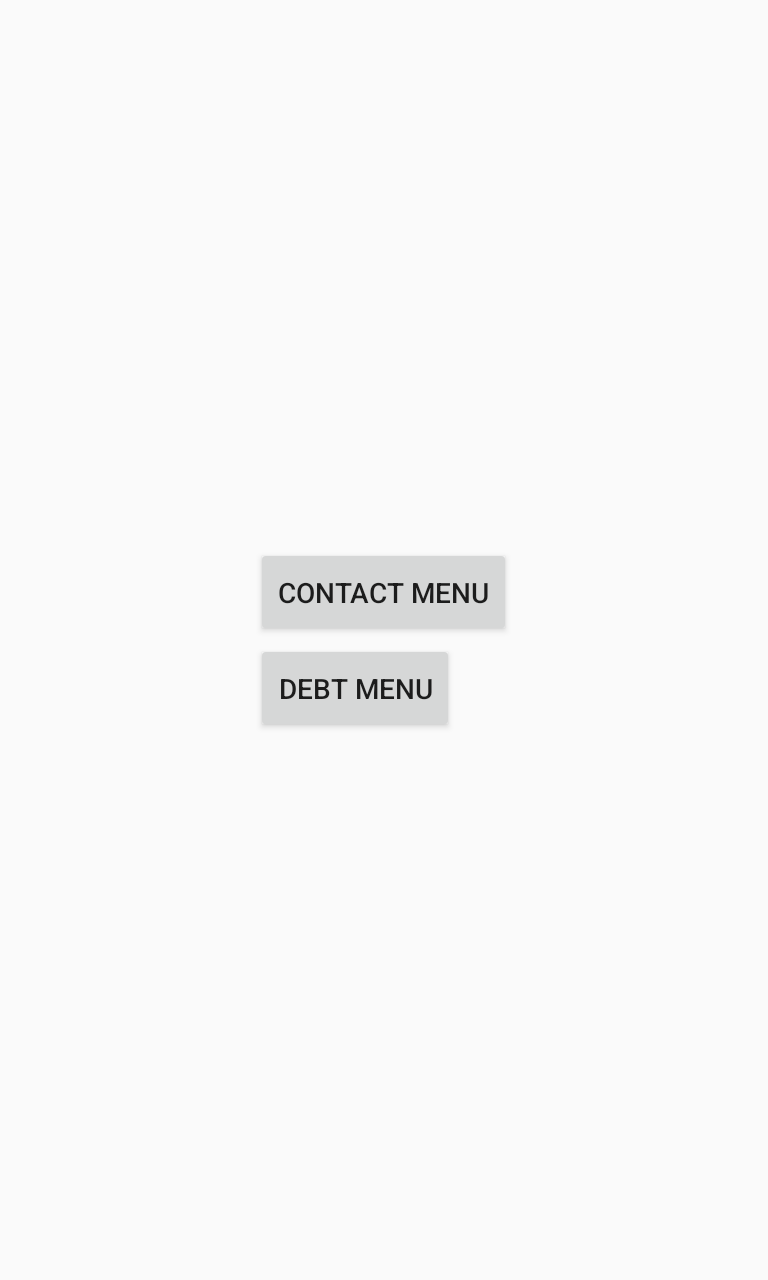
Repository: wisingd/Dajoroli
Layout: Workspace/SplitIt/res/layout/fragment_main.xml
The author's editor kept a copy of each file at every save. The layout is drawn from the files as they stood at one save, then again after the next save.
It is drawn on a 768 x 1280 px phone screen (xhdpi) without system bars, with theme AppTheme; the app's code is not run.

Above is the layout before, as saved 2014-05-07 11:11:30.

### Workspace/SplitIt/res/layout/fragment_main.xml
<?xml version="1.0" encoding="utf-8"?>
<RelativeLayout xmlns:android="http://schemas.android.com/apk/res/android"
    xmlns:tools="http://schemas.android.com/tools"
    android:layout_width="match_parent"
    android:layout_height="match_parent"
    android:paddingLeft="16dp"
    android:paddingRight="16dp" >

    <LinearLayout
        android:layout_width="wrap_content"
        android:layout_height="wrap_content"
        android:orientation="vertical"
        android:layout_centerVertical="true"
        android:layout_centerHorizontal="true">



        <Button
            android:layout_width="wrap_content"
            android:layout_height="wrap_content"
            android:onClick="startContactMenu"
            android:text="@string/startContactMenu" />


        <Button
            android:layout_width="wrap_content"
            android:layout_height="wrap_content"
            android:onClick="startDebtMenu"
            android:text="@string/startDebtMenu" />
    </LinearLayout>

</RelativeLayout>

### Workspace/SplitIt/res/values/strings.xml
<?xml version="1.0" encoding="utf-8"?>
<resources>

    <string name="app_name">Split It</string>
    <string name="action_settings">Settings</string>
    <string name="edit_message">Contact name</string>
    <string name="button_send">Create contact!</string>
    <string name="title_activity_display_message">New Activity</string>
    <string name="information_text">Amount to the left, contact to the right</string>
    <string name="view_contacts">View contacts</string>
    <string name="amount">Amount</string>
    <string name="contact">Name</string>
    <string name="they_owe_me">They owe me</string>
    <string name="i_owe_them">I owe them</string>
    <string name="startDebtMenu">Debt menu</string>
    <string name="startContactMenu">Contact menu</string>



</resources>

Loaded but not shown: Workspace/SplitIt/res/values/styles.xml (common file); Workspace/SplitIt/res/values-v11/styles.xml (common file); Workspace/SplitIt/res/values-v14/styles.xml (common file)

After the next save:
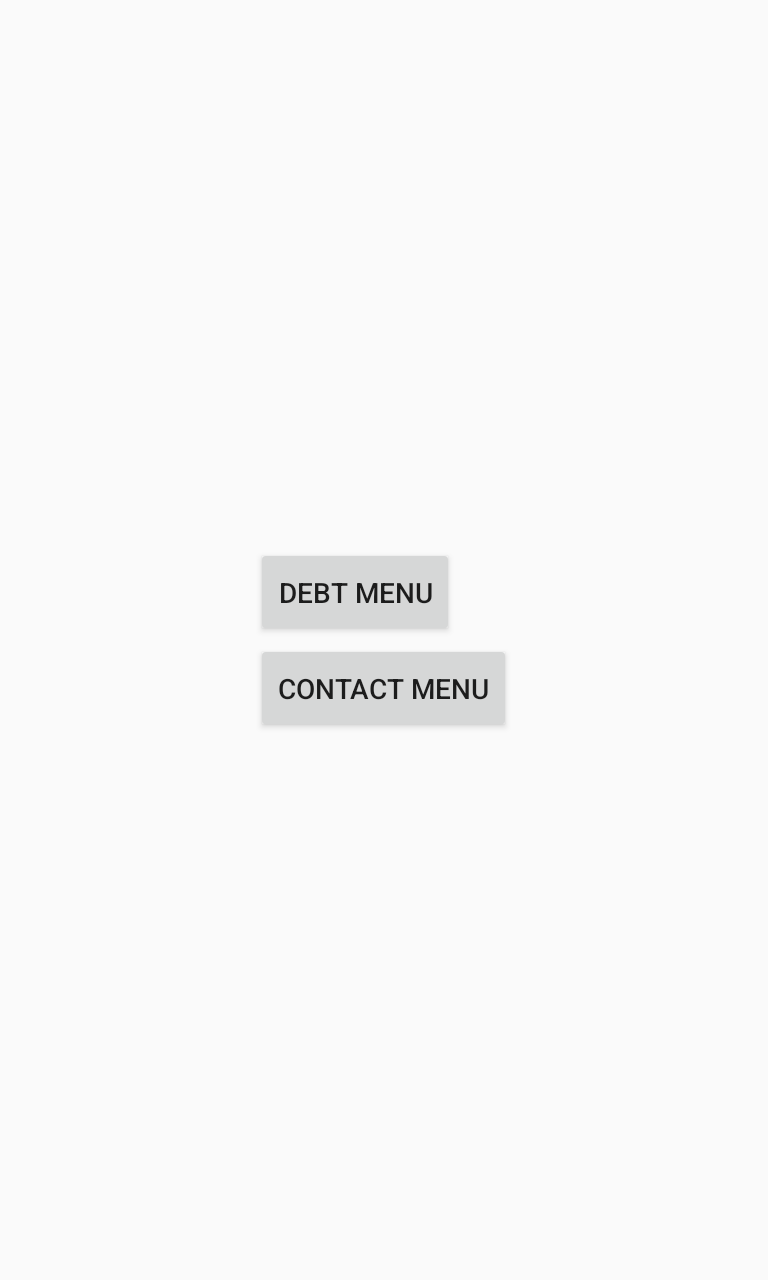
Saved 40 s later.
--- a/Workspace/SplitIt/res/layout/fragment_main.xml
+++ b/Workspace/SplitIt/res/layout/fragment_main.xml
@@ -13,7 +13,11 @@
         android:layout_centerVertical="true"
         android:layout_centerHorizontal="true">
 
-
+        <Button
+            android:layout_width="wrap_content"
+            android:layout_height="wrap_content"
+            android:onClick="startDebtMenu"
+            android:text="@string/startDebtMenu" />
 
         <Button
             android:layout_width="wrap_content"
@@ -22,11 +26,7 @@
             android:text="@string/startContactMenu" />
 
 
-        <Button
-            android:layout_width="wrap_content"
-            android:layout_height="wrap_content"
-            android:onClick="startDebtMenu"
-            android:text="@string/startDebtMenu" />
+
     </LinearLayout>
 
 </RelativeLayout>
